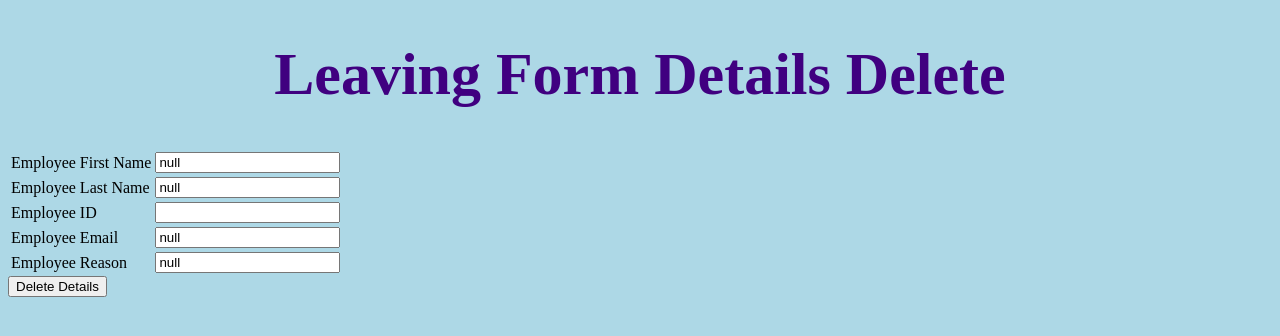
Repository: nishadi-s/Online-Staff-Management-System
Page: http://localhost/LeavingEmp/deleteEmp.jsp
These files come from the project's save history. The page is drawn as it stood at one moment and after the next save; the edit follows.
The browser window is 1280 px wide. The pictures show the whole page.
The page is served by Tomcat 9. Other server files are loaded and not shown.

Above is the page before, as saved 2023-10-24 12:00:29.

### LeavingEmp/src/main/webapp/deleteEmp.jsp
<%@ page language="java" contentType="text/html; charset=ISO-8859-1"
    pageEncoding="ISO-8859-1"%>
<!DOCTYPE html>
<html>
<head>
<meta charset="ISO-8859-1">
<title>Delete Details</title>
<link rel="stylesheet" href="deleteEmp.css">
</head>
<body>

<%
String f_name=request.getParameter("fname");
String l_name=request.getParameter("lname");
String u_id=request.getParameter("id");
String e_email=request.getParameter("eemail");
String e_reason=request.getParameter("ereason");
%>

<div class="header">
<h1> Leaving Form Details Delete </h1>
</div>

<form action="delete" method= "post">
<table>
<tr>
<td>Employee First Name</td>
<td> <input type="text" name="fname" value="<%= f_name %>"readonly> </td>
</tr>

<tr>
<td>Employee Last Name</td>
<td> <input type="text" name="lname" value="<%= l_name %>"readonly> </td>
</tr>

<tr>
<td>Employee ID </td>
<td><input type="number" name="id" value="<%= u_id %>"readonly></td>
 </tr>

 <tr>
<td>Employee Email </td>
<td><input type="email" name="eemail" value="<%= e_email %>"readonly> </td>
</tr>

<tr>
<td>Employee Reason</td>
<td> <input type="text" name="ereason" value="<%= e_reason %>"readonly> </td>
</tr>
</table>
<input type="submit" name="submit" value="Delete Details"> <br>

</form>

</body>
</html>

### LeavingEmp/src/main/webapp/deleteEmp.css
@charset "ISO-8859-1";


.form-container{
    max-width: 700px;
    margin: 0 auto;
    padding: 30px;
    background-color:#5F9EA0;
    border-radius: 10px;
  }

.header {
  padding: 0px;
  text-align: center;
  color: rgb(64, 0, 128);
  font-size: 30px;
}


  body {
  background-color: lightblue;
}

  /* Style form elements */
  .form-group {
    margin-bottom: 25px;
  }

  .form-label {
    display: block;
    font-weight: bold;
    margin-bottom: 5px;
  }

  .form-control {
    display: block;
    font-weight: bold;
    margin-bottom: 5px;
  }

  .form-control {
    width: 100%;
    padding: 8px;
    border: 1px solid #ccc;
    border-radius: 4px;
  }

  /* Style submit button */
  .btn-primary {
    background-color: #007bff;
    color: #fff;
    padding: 10px 20px;
    border: none;
    border-radius: 4px;
    cursor: pointer;
    font-size: 16px;
  }

  .btn-primary:hover {
    background-color: #0056b3;
  }

After the next save:
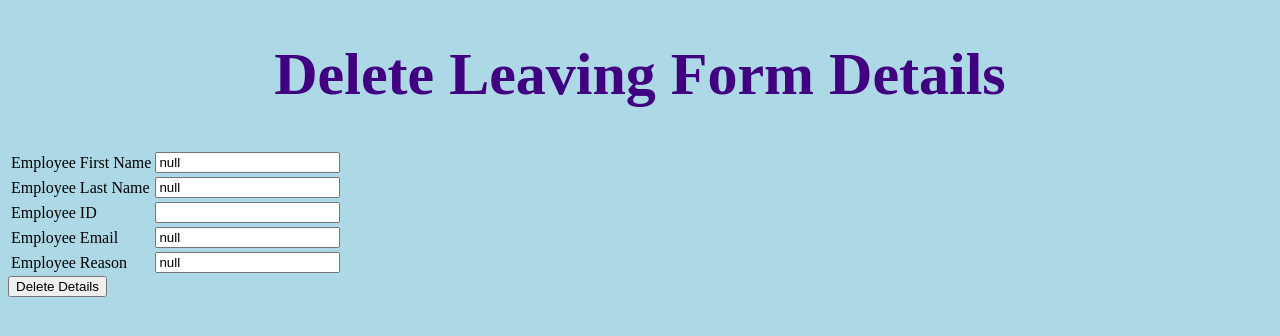
Saved 5 min 15 s later.
--- a/LeavingEmp/src/main/webapp/deleteEmp.jsp
+++ b/LeavingEmp/src/main/webapp/deleteEmp.jsp
@@ -18,7 +18,7 @@ String e_reason=request.getParameter("ereason");
 %>
 
 <div class="header">
-<h1> Leaving Form Details Delete </h1>
+<h1>  Delete Leaving Form Details</h1>
 </div>
 
 <form action="delete" method= "post">
